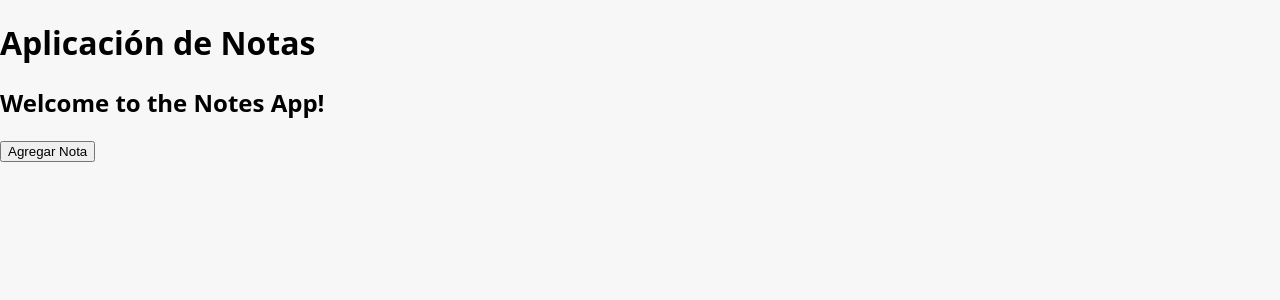
Repository: xunxuno/aplicacion_web_notas
Page: / (app in notas_web_app/)
These files come from the project's save history. The page is drawn as it stood at one moment and after the next save; the edit follows.
The browser window is 1280 px wide. The pictures show the whole page.
The project was rebuilt for these pictures with package versions that can differ from the ones it lists, and the page was loaded fresh each time. Also part of the build but not shown: notas_web_app/vite.config.ts, notas_web_app/src/components/Note.tsx, notas_web_app/src/components/NoteCollection.tsx, notas_web_app/src/components/NoteModal.tsx.

Above is the page before, as saved 2024-10-02 15:27:55.

After the next save:
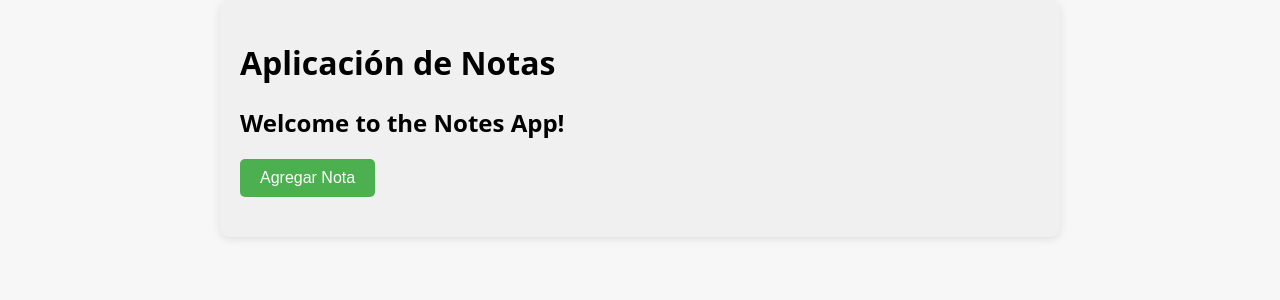
Saved 6 s later.
--- a/notas_web_app/src/App.tsx
+++ b/notas_web_app/src/App.tsx
@@ -63,12 +63,12 @@ const App: React.FC = () => {
 
   return (
     <NotesProvider>
-      <div>
+      <div className="app-container"> {/* Clase para el contenedor principal */}
         <AppBar />
 
-        <button onClick={handleOpenModal}>Agregar Nota</button>
+        <button className="add-note-button" onClick={handleOpenModal}>Agregar Nota</button> {/* Clase para el botón */}
 
-        <div>
+        <div className="collections-container"> {/* Clase para el contenedor de colecciones */}
           {state.collections.map((collection: NoteCollectionInterface) => (
             <NoteCollection
               key={collection.id}
@@ -99,5 +99,4 @@ const App: React.FC = () => {
   );
 };
 
-
 export default App;
